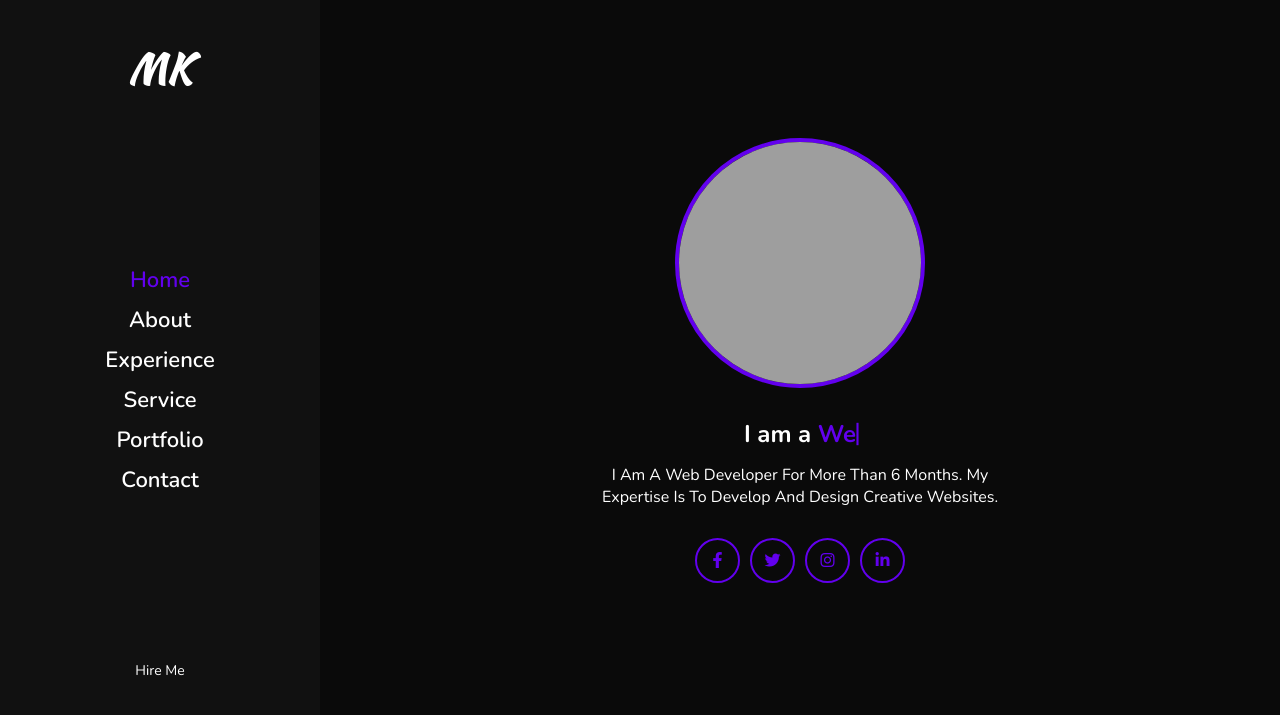
Repository: mk0144/Personal-Portfolio
Page: index.html
These files come from the project's save history. The page is drawn as it stood at one moment and after the next save; the edit follows.
The browser window is 1280 px wide. The pictures show the whole page.
Pictures or frames that could not be fetched are drawn as grey boxes. Some web libraries are served in a nearby version.

Above is the page before, as saved 2022-05-21 21:33:51.

After the next save:
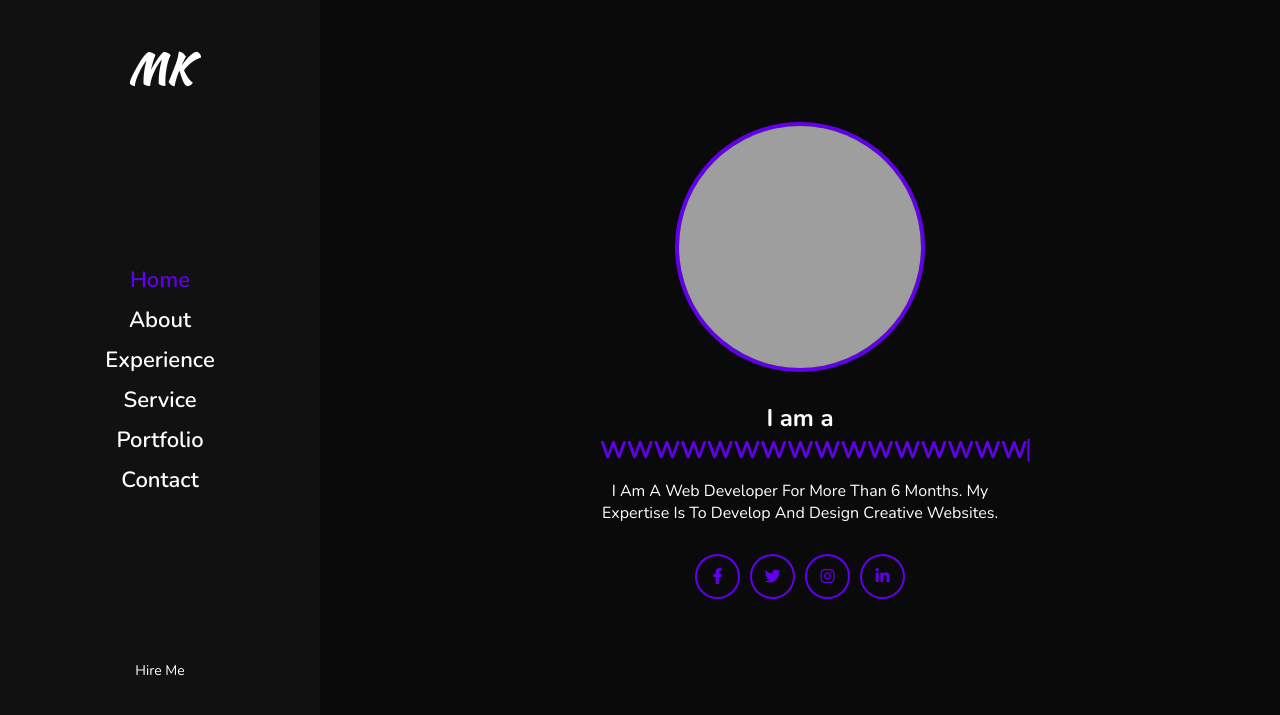
Console error: ReferenceError: role is not defined
Saved 7 s later.
--- a/js/script.js
+++ b/js/script.js
@@ -16,7 +16,7 @@
 // dynamic text
 setInterval(function () {
   setText(roles[rolesI].charAt(charPos));
-  console.log(roles[rolesI])
+  console.log(role)
 
   if (roles[rolesI].length > charPos) {
     charPos++;

After the 3 saves that followed:
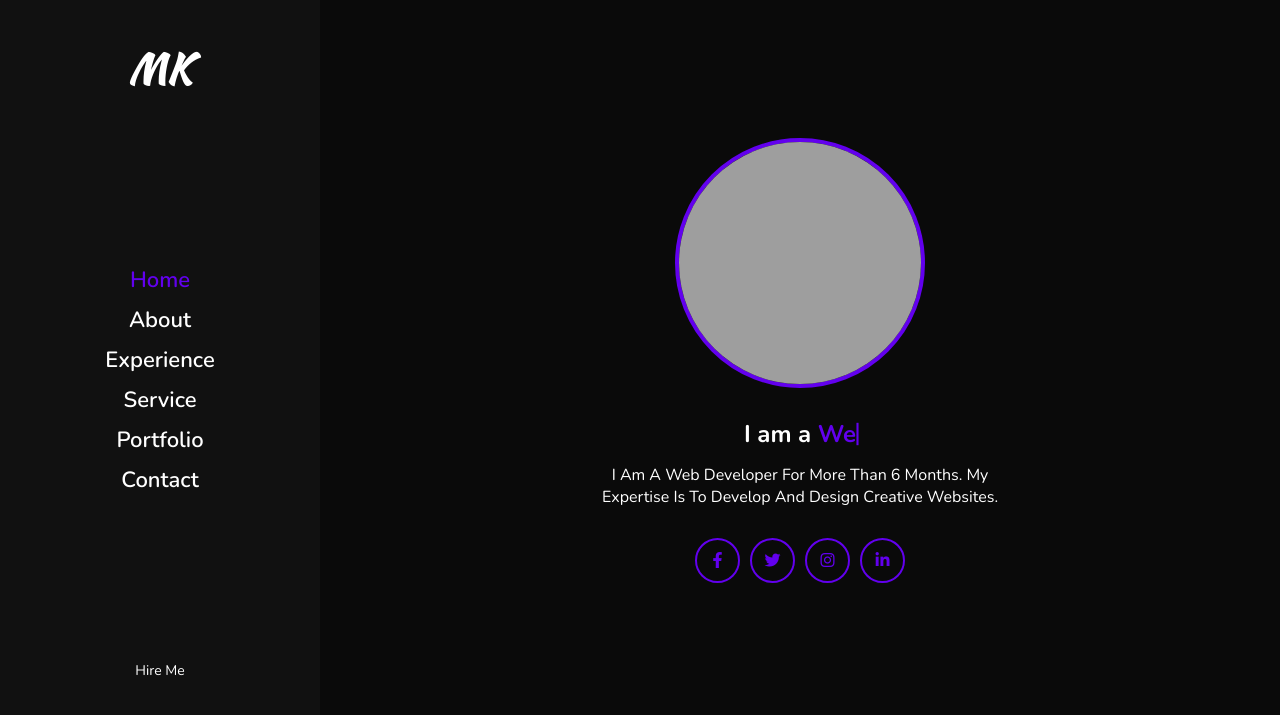
The error is gone.
The 3 saves are shown as one change because they came seconds apart.
The last was saved 31 s later.
--- a/js/script.js
+++ b/js/script.js
@@ -16,7 +16,6 @@
 // dynamic text
 setInterval(function () {
   setText(roles[rolesI].charAt(charPos));
-  console.log(role)
 
   if (roles[rolesI].length > charPos) {
     charPos++;
@@ -36,6 +35,7 @@
 
 function setText(text) {
   document.getElementById("roleText").innerHTML += text;
+
 }
 // \dynamic text
 
